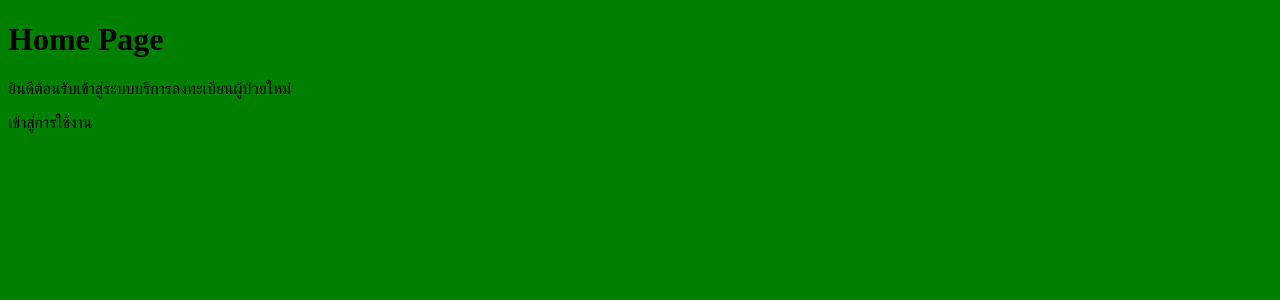
Repository: iamsamitdev/java_class_rd
Page: http://localhost/HelloJSP/
The author's editor kept a copy of each file at every save. The page is drawn from the files as they stood at one save, then again after the next save.
The browser window is 1280 px wide. The pictures show the whole page.
The page is served by Tomcat 9.

Above is the page before, as saved 2020-03-11 08:13:50.

### JSP/HelloJSP/WebContent/index.jsp
<%@ page language="java" contentType="text/html; charset=UTF-8"
    pageEncoding="UTF-8"%>
<!DOCTYPE html>
<html>
<head>
<meta charset="UTF-8">
<title>Home</title>
<style type="text/css">
	body
	{
		background-color: green
	}
</style>
</head>
<body>
	<h1>Home Page</h1>
	<p>ยินดีต้อนรับเข้าสู่ระบบบริการลงทะเบียนผู้ป่วยใหม่</p>
	<p>เข้าสู่การใช้งาน</p>
</body>
</html>

After the next save:
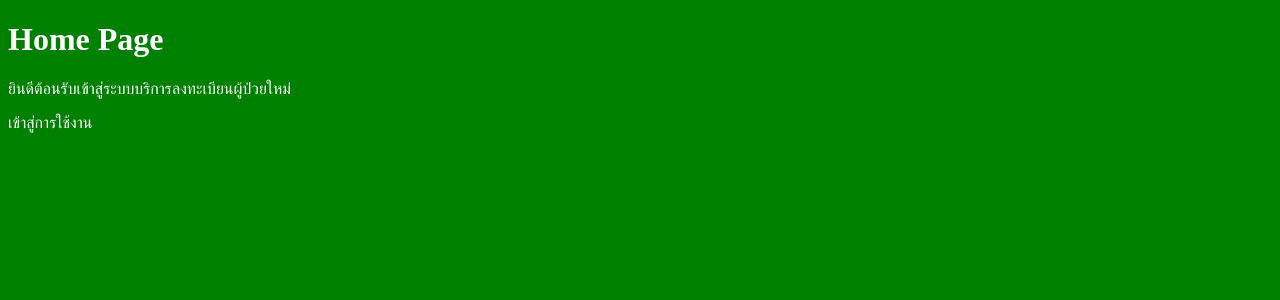
Saved 83 s later.
--- a/JSP/HelloJSP/WebContent/index.jsp
+++ b/JSP/HelloJSP/WebContent/index.jsp
@@ -8,7 +8,8 @@
 <style type="text/css">
 	body
 	{
-		background-color: green
+		background-color: green;
+		color: white
 	}
 </style>
 </head>
